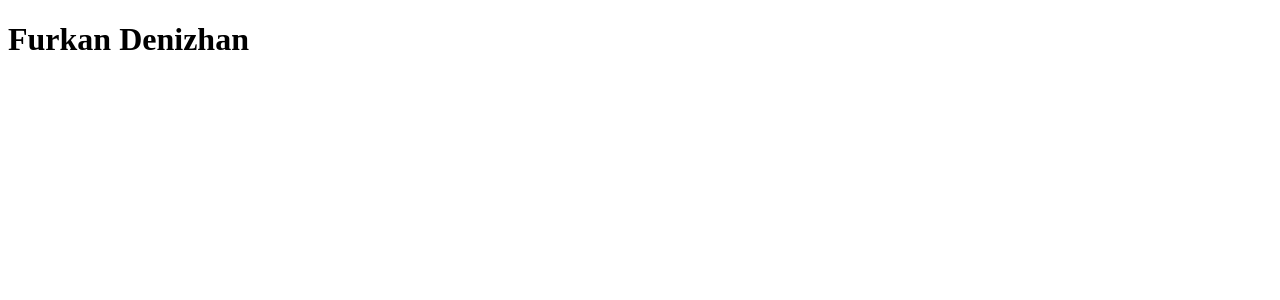
Repository: nevisende/homeworks
Page: 1-Html/index.html
These files come from the project's save history. The page is drawn as it stood at one moment and after the next save; the edit follows.
The browser window is 1280 px wide. The pictures show the whole page.

Above is the page before, as saved 2021-08-08 12:06:21.

After the next save:
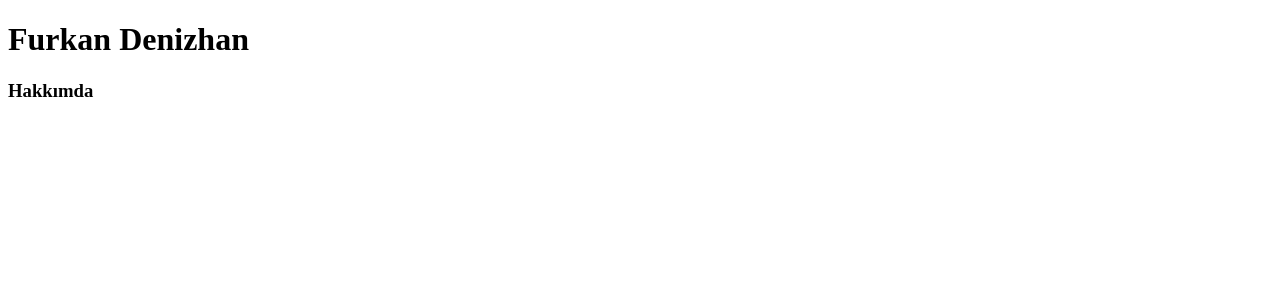
Saved 7 s later.
--- a/1-Html/index.html
+++ b/1-Html/index.html
@@ -8,6 +8,7 @@
 </head>
 <body>
     <h1>Furkan Denizhan</h1>
-    <h3></h3>
+    <h3>Hakkımda</h3>
+    <p></p>
 </body>
 </html>
